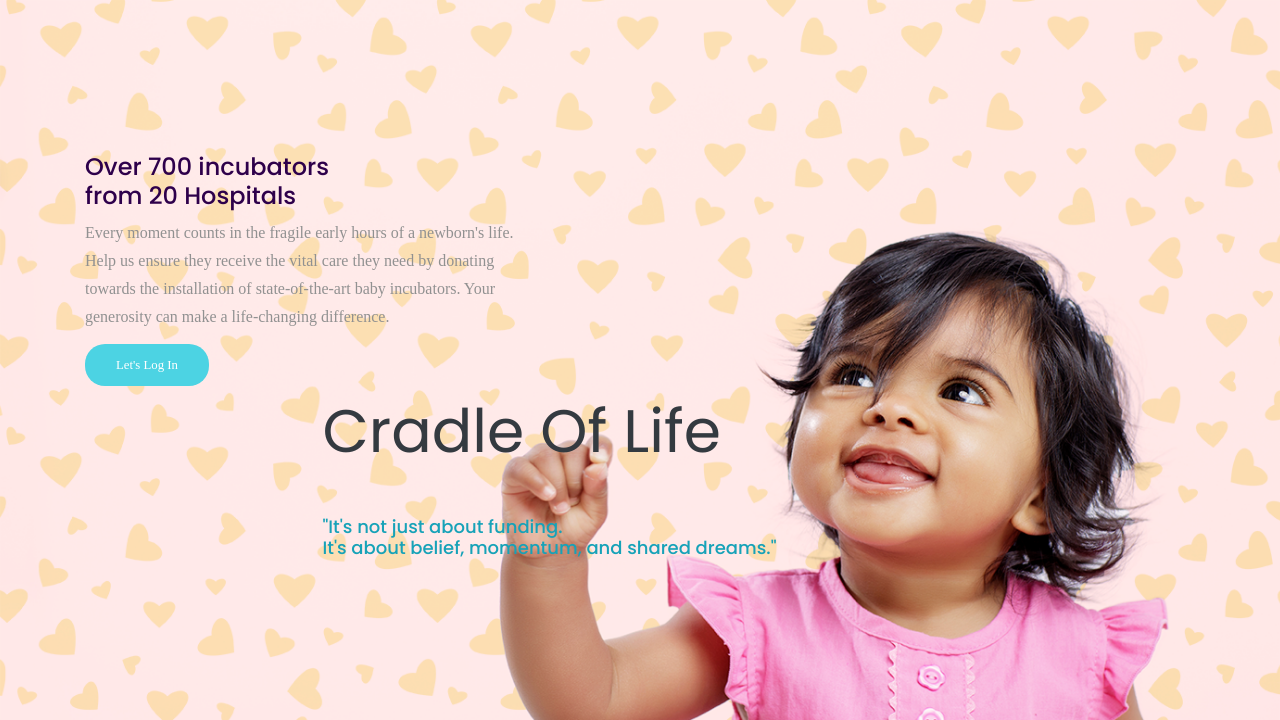
Repository: Adu065/Cradle-of-Life
Page: http://localhost/CradleOfLife/pages/login.jsp
These files come from the project's save history. The page is drawn as it stood at one moment and after the next save; the edit follows.
The browser window is 1280 px wide. The pictures show the whole page.
Some web fonts or font styles are not loaded; a fallback is used. The page is served by Tomcat 9.

Above is the page before, as saved 2023-08-24 13:56:32.

After the next save:
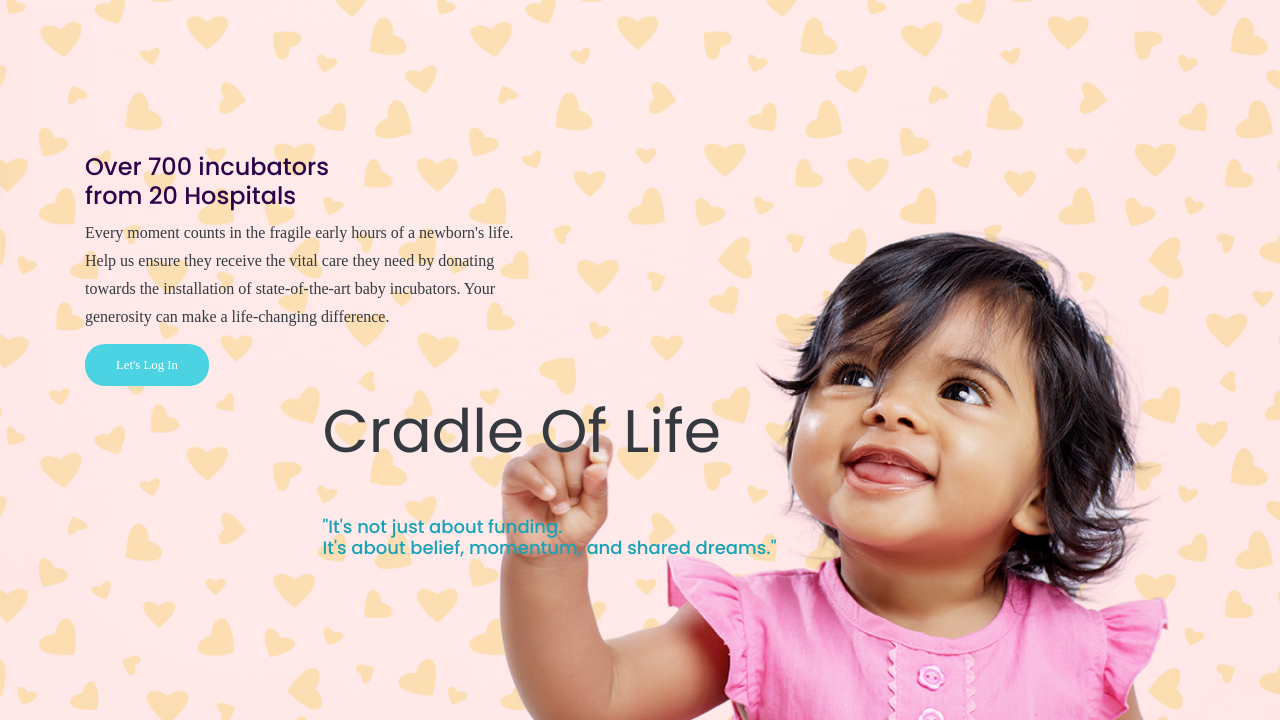
Saved 11 s later.
--- a/CradleOfLife/WebContent/pages/login.jsp
+++ b/CradleOfLife/WebContent/pages/login.jsp
@@ -42,7 +42,7 @@
 							<h3>
 								Over 700 incubators <br> from 20 Hospitals
 							</h3>
-							<p text-dark>Every moment counts in the fragile early hours of a
+							<p class="text-dark">Every moment counts in the fragile early hours of a
 								newborn's life. Help us ensure they receive the vital care they
 								need by donating towards the installation of state-of-the-art
 								baby incubators. Your generosity can make a life-changing
